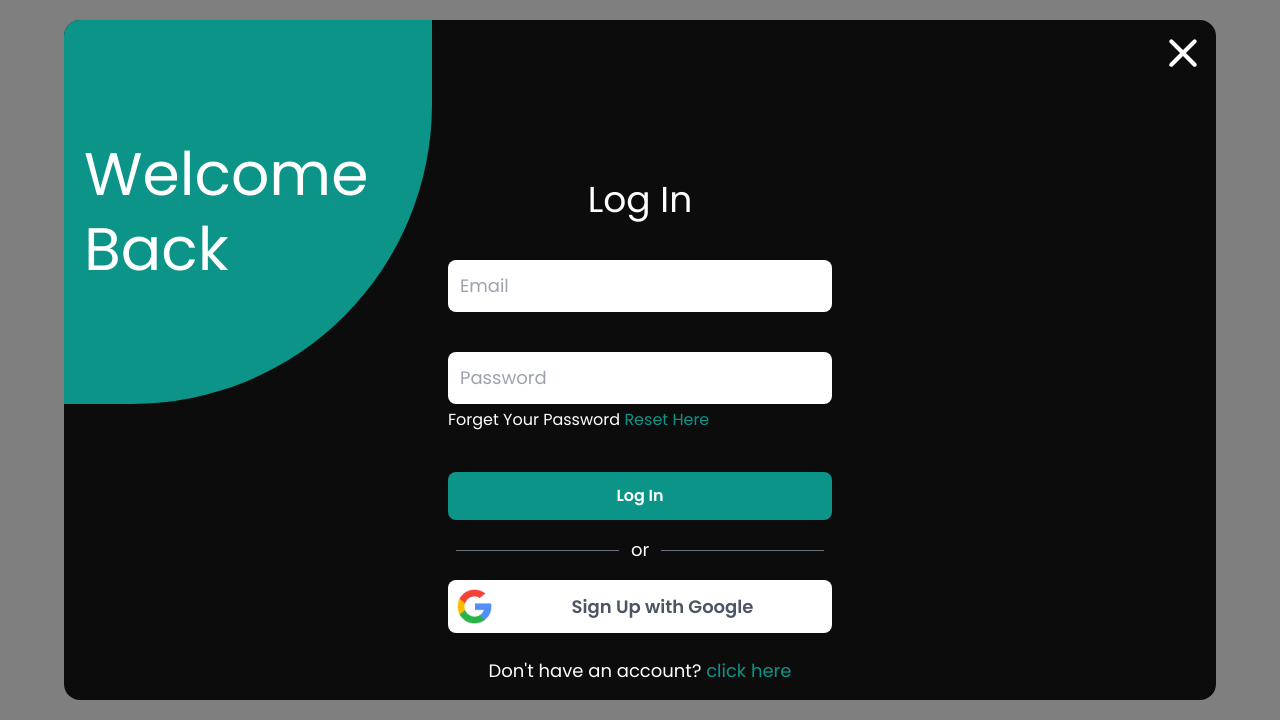
Repository: Ahmed77669/GT-Exams
Page: /
These files come from the project's save history. The page is drawn as it stood at one moment and after the next save; the edit follows.
The browser window is 1280 px wide. The pictures show the whole page.
The project was rebuilt for these pictures with package versions that can differ from the ones it lists, and the page was loaded fresh each time. The framework's server and built-in components were replaced by stand-ins that run in the browser. Also part of the build but not shown: next.config.mjs.

Above is the page before, as saved 2024-10-04 21:24:20.

After the next save:
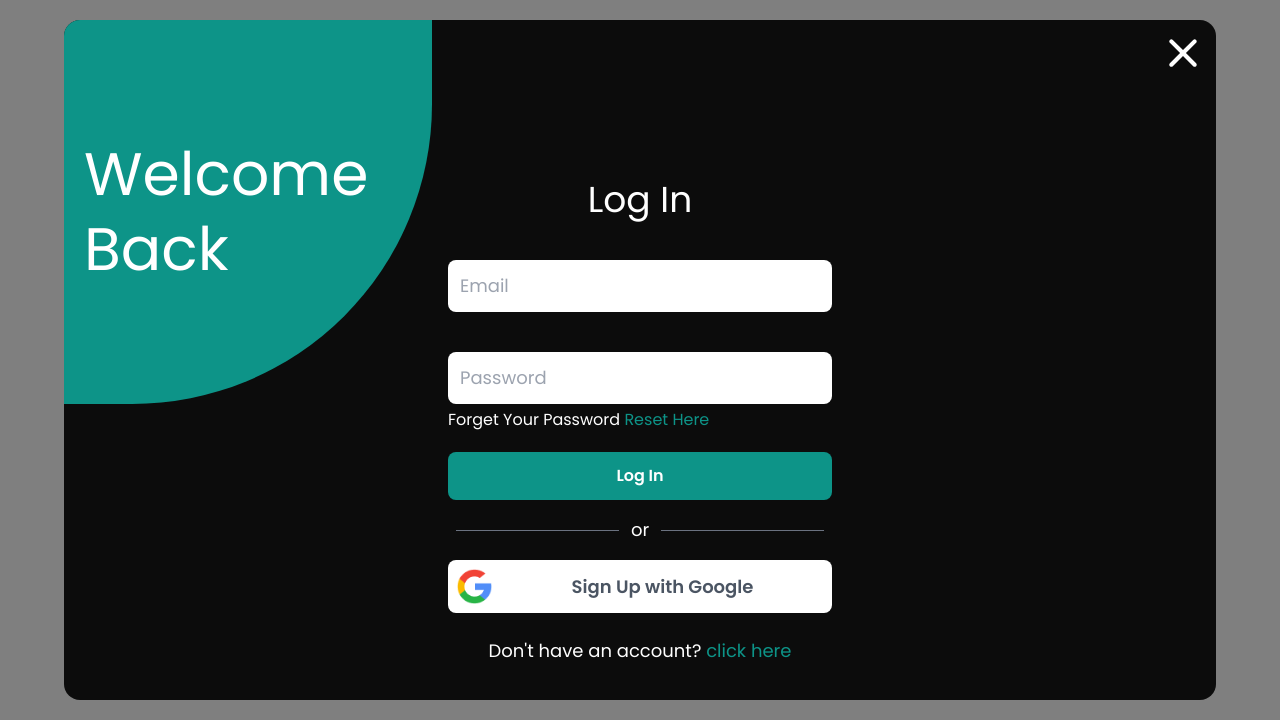
Saved 11 s later.
--- a/components/login.tsx
+++ b/components/login.tsx
@@ -61,7 +61,7 @@ const Login: React.FC<LoginProps> = ({ closeSignup, toggleForm }) => {
                     required
 
                   />
-                  <div className='flex justify-start w-full mb-10'>
+                  <div className='flex justify-start w-full mb-5'>
                                     <p className="text-m">
                     Forget Your Password{" "}
                     <span
